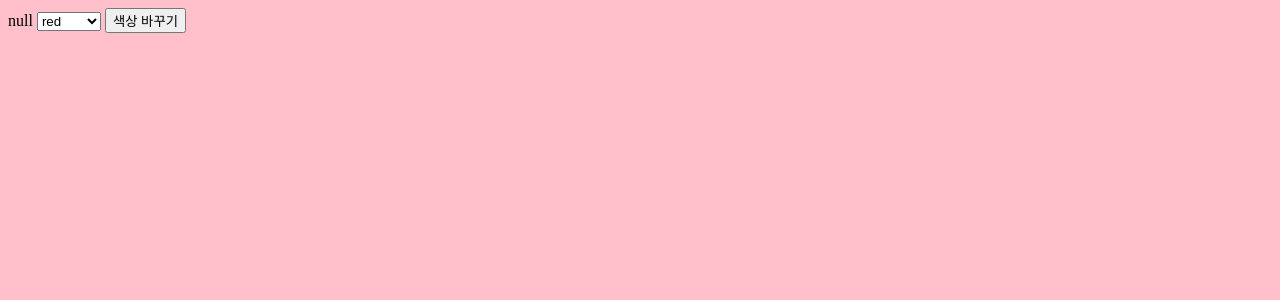
Repository: ABCchocolate/JSP_yooshin
Page: http://localhost/BoardApp/color/main.jsp
These files come from the project's save history. The page is drawn as it stood at one moment and after the next save; the edit follows.
The browser window is 1280 px wide. The pictures show the whole page.
The page is served by Tomcat 9.

Above is the page before, as saved 2025-07-02 06:33:20.

After the next save:
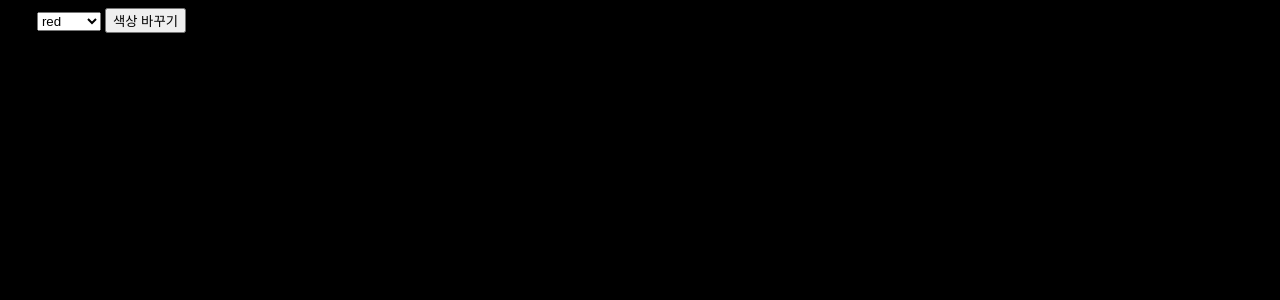
Saved 68 s later.
--- a/BoardApp/src/main/webapp/color/main.jsp
+++ b/BoardApp/src/main/webapp/color/main.jsp
@@ -22,7 +22,7 @@
 <meta charset="UTF-8">
 <title>Insert title here</title>
 </head>
-<body bgcolor = "pink">
+<body bgcolor =<%=bg%>>
 	<select>
 		<option value = "red">red</option>
 		<option value = "orange">orange</option>
